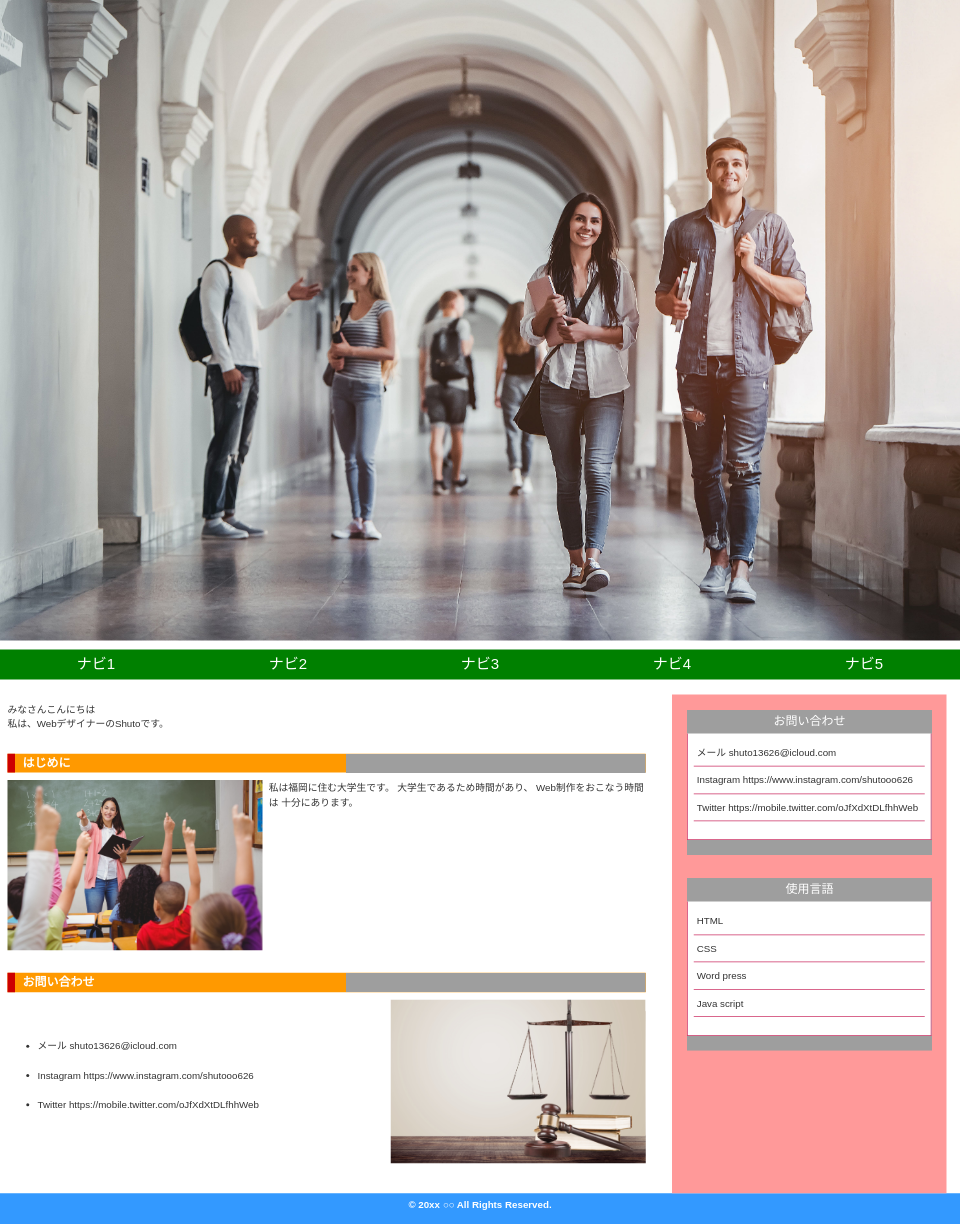
Repository: shuto-nakayama/samurai_HTML-CSS
Page: index7.html
The author's editor kept a record of every edit. The page is drawn from the files as they stood at one moment, then again after the next edit.
The browser window is 1280 px wide. The pictures show the whole page, at 75% of full size.
Pictures or frames that could not be fetched are drawn as grey boxes.

Above is the page before.

After the next edit:
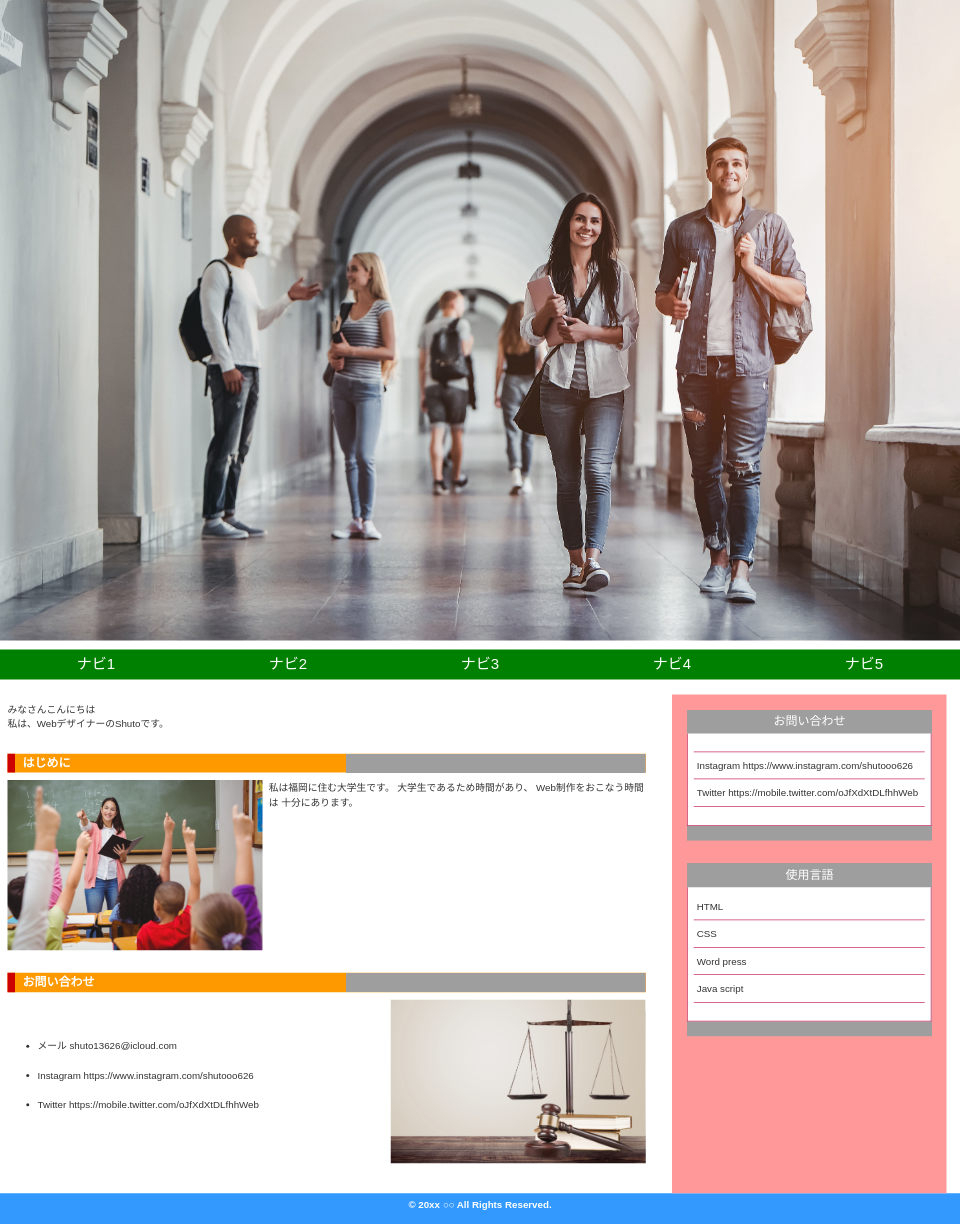
The edit:
--- a/index7.html
+++ b/index7.html
@@ -52,7 +52,7 @@
                         <h2>お問い合わせ</h2>
                         <div class="boxBody">
                             <ul>
-                                <li>メール shuto13626@icloud.com</li>
+                                <li></li>
                                 <li>Instagram https://www.instagram.com/shutooo626 </li>
                                 <li>Twitter https://mobile.twitter.com/oJfXdXtDLfhhWeb
 </li>
